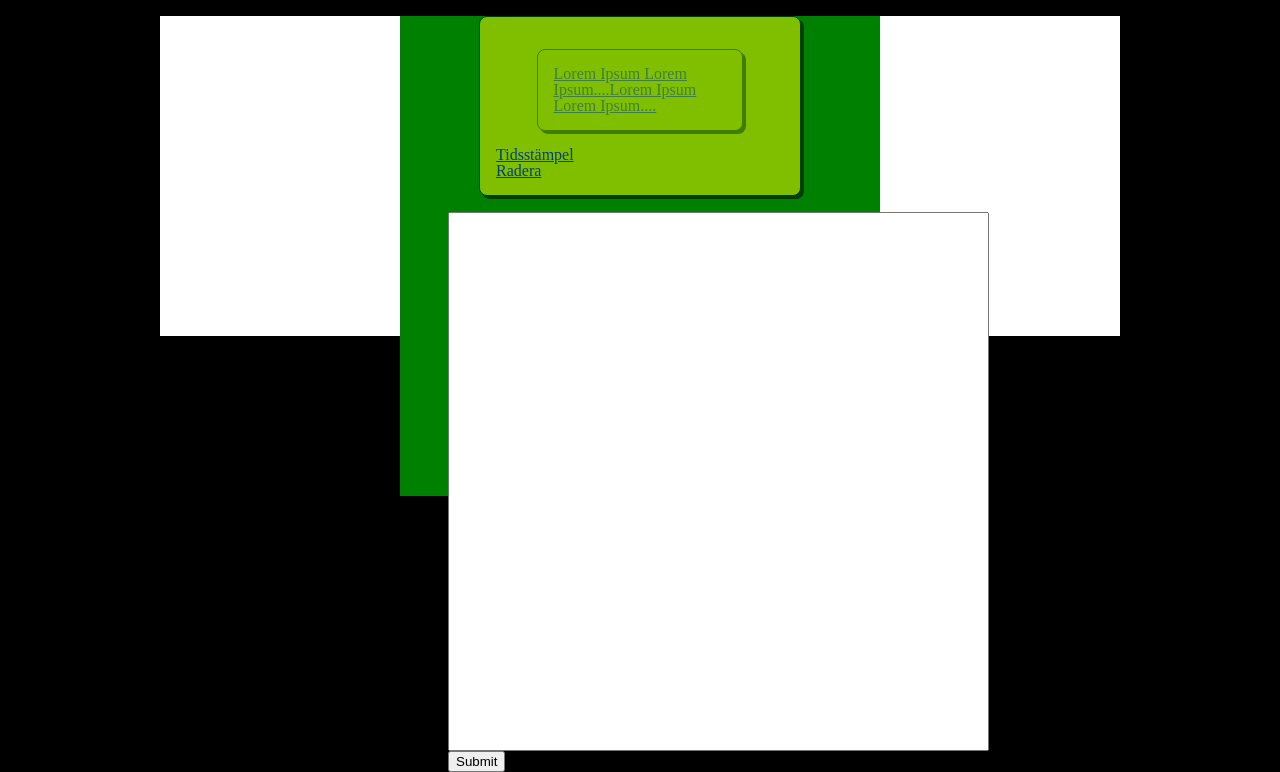
Repository: AndreasAnemyrLNU/1dv403-laborationer-AA223IG
Page: 2-labbymezzage/index.html
The author's editor kept a record of every edit. The page is drawn from the files as they stood at one moment, then again after the next edit.
The browser window is 1280 px wide. The pictures show the whole page.

Above is the page before.

After the next edit:
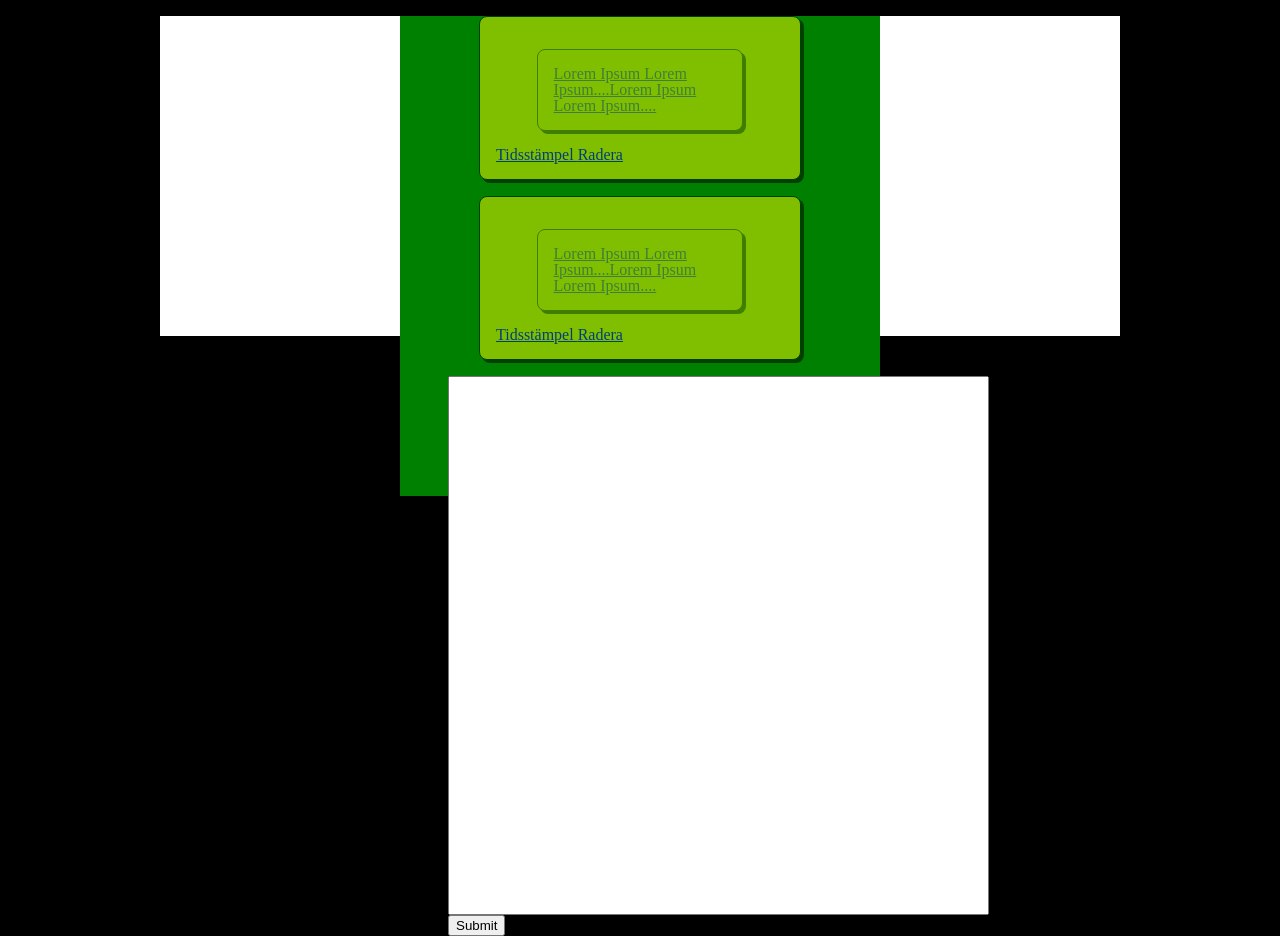
The edit:
--- a/2-labbymezzage/index.html
+++ b/2-labbymezzage/index.html
@@ -9,7 +9,11 @@
                 <div id="messagesContainer">
                     <article class="message">
                         <a class="message block" href="#">Lorem Ipsum Lorem Ipsum....Lorem Ipsum Lorem Ipsum....</a>
-                        <a class="block" href="#">Tidsstämpel</a><a class="block" href="#">Radera</a>
+                        <a href="#">Tidsstämpel </a><a href="#">Radera</a>
+                    </article>
+                    <article class="message">
+                        <a class="message block" href="#">Lorem Ipsum Lorem Ipsum....Lorem Ipsum Lorem Ipsum....</a>
+                        <a href="#">Tidsstämpel </a><a href="#">Radera</a>
                     </article>
                 </div>
                 <form id="messageForm">
